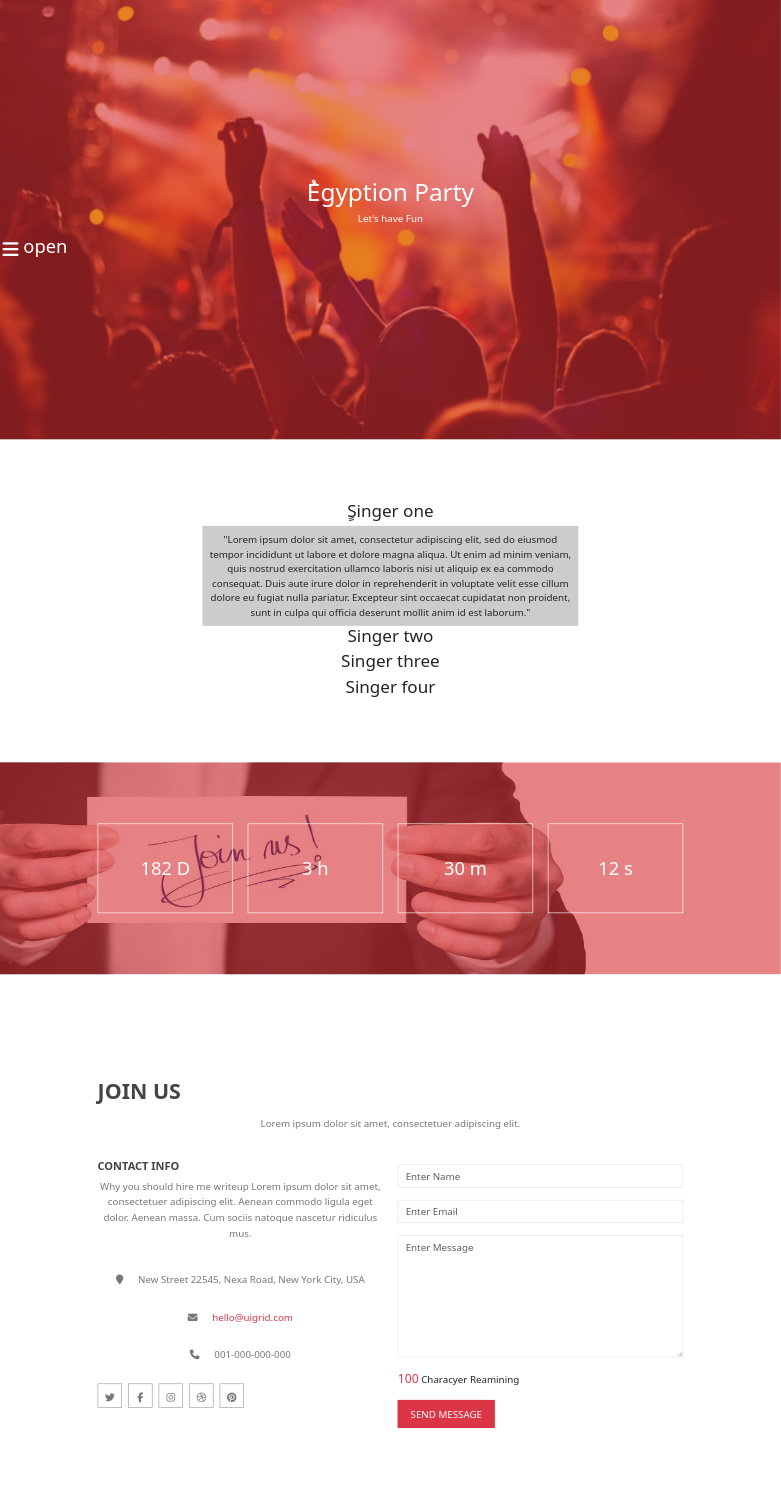
Repository: HagarYousry/jQuery
Page: index.html
These files come from the project's save history. The page is drawn as it stood at one moment and after the next save; the edit follows.
The browser window is 1280 px wide. The pictures show the whole page, at 61% of full size.

Above is the page before, as saved 2024-07-25 20:30:52.

After the next save:
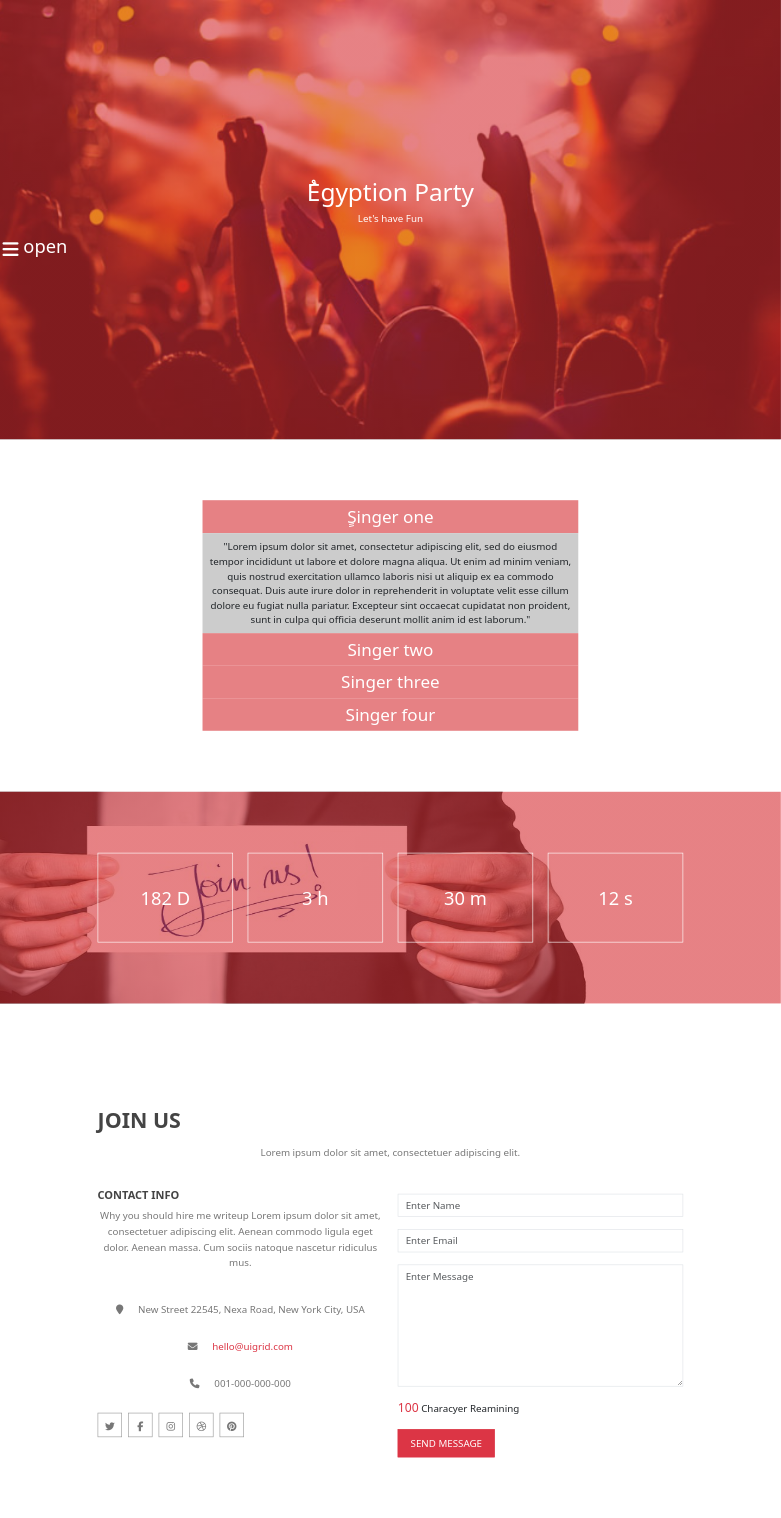
Saved 29 s later.
--- a/css/main.css
+++ b/css/main.css
@@ -60,7 +60,7 @@
     padding-bottom: 100px;
 }
 
-.toggle {
+.toggle-acordion {
     background-color: rgba(214, 46, 51, 0.6);
     cursor: pointer;
     color: white;
